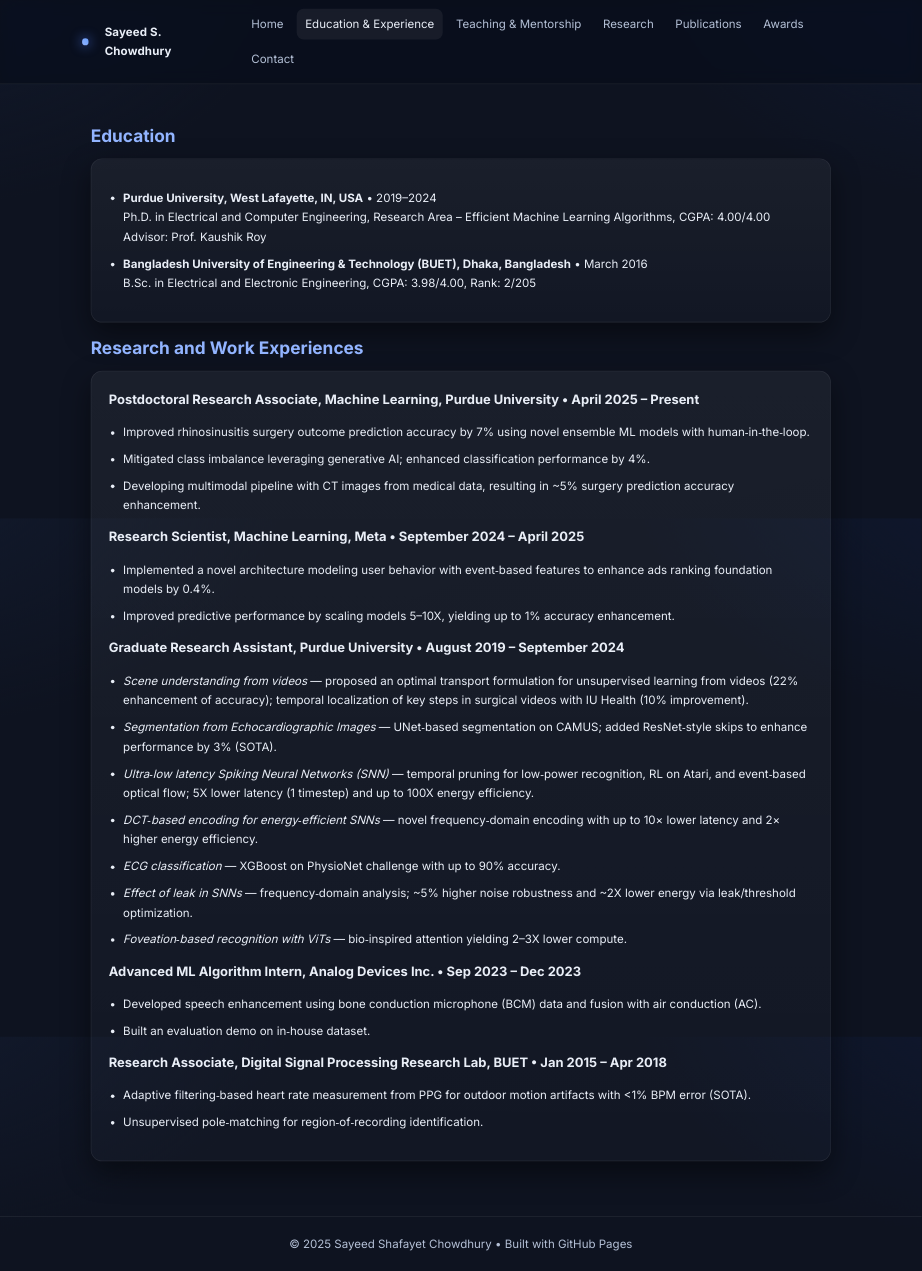
Repository: SayeedChowdhury/SayeedChowdhury.github.io
Page: edu-exp.html
The author's editor kept a copy of each file at every save. The page is drawn from the files as they stood at one save, then again after the next save.
The browser window is 1280 px wide. The pictures show the whole page, at 72% of full size.

Above is the page before, as saved 2025-08-10 19:21:27.

### edu-exp.html
<!doctype html>
<html lang="en">
<head>
  <meta charset="utf-8">
  <meta name="viewport" content="width=device-width, initial-scale=1">
  <title>Education & Experience • Sayeed S. Chowdhury</title>
  <link rel="preconnect" href="https://fonts.googleapis.com">
  <link rel="preconnect" href="https://fonts.gstatic.com" crossorigin>
  <link href="https://fonts.googleapis.com/css2?family=Inter:wght@400;600;700&display=swap" rel="stylesheet">
  <link rel="stylesheet" href="assets/style.css">
</head>
<body>
<div class="nav">
  <div class="inner container">
    <div class="brand"><span class="dot"></span> <a href="index.html" style="text-decoration:none;color:inherit;">Sayeed S. Chowdhury</a></div>
    <div style="margin-left:auto; display:flex; gap:6px; flex-wrap:wrap">
      <a href="index.html" class="">Home</a>
      <a href="edu-exp.html" class="active">Education & Experience</a>
      <a href="teaching.html" class="">Teaching & Mentorship</a>
      <a href="research.html" class="">Research</a>
      <a href="publications.html" class="">Publications</a>
      <a href="awards.html" class="">Awards</a>
      <a href="contact.html" class="">Contact</a>
    </div>
  </div>
</div>
<div class="container">

<section class="section">
  <!-- <div class="kicker">Education</div> -->
  <h2>Education</h2>
  <div class="card">
    <ul class="list">
      <li><strong>Purdue University, West Lafayette, IN, USA</strong> • 2019–2024<br>
          Ph.D. in Electrical and Computer Engineering, Research Area – Efficient Machine Learning Algorithms, CGPA: 4.00/4.00<br>
          Advisor: Prof. Kaushik Roy
      </li>
      <li><strong>Bangladesh University of Engineering & Technology (BUET), Dhaka, Bangladesh</strong> • March 2016<br>
          B.Sc. in Electrical and Electronic Engineering, CGPA: 3.98/4.00, Rank: 2/205
      </li>
    </ul>
  </div>

  <!-- <div class="kicker">Research and Work Experiences</div> -->
  <h2>Research and Work Experiences</h2>
  <div class="card">
    <h3>Postdoctoral Research Associate, Machine Learning, Purdue University • April 2025 – Present</h3>
    <ul class="list">
      <li>Improved rhinosinusitis surgery outcome prediction accuracy by 7% using novel ensemble ML models with human‑in‑the‑loop.</li>
      <li>Mitigated class imbalance leveraging generative AI; enhanced classification performance by 4%.</li>
      <li>Developing multimodal pipeline with CT images from medical data, resulting in ~5% surgery prediction accuracy enhancement.</li>
    </ul>

    <h3>Research Scientist, Machine Learning, Meta • September 2024 – April 2025</h3>
    <ul class="list">
      <li>Implemented a novel architecture modeling user behavior with event‑based features to enhance ads ranking foundation models by 0.4%.</li>
      <li>Improved predictive performance by scaling models 5–10X, yielding up to 1% accuracy enhancement.</li>
    </ul>

    <h3>Graduate Research Assistant, Purdue University • August 2019 – September 2024</h3>
    <ul class="list">
      <li><em>Scene understanding from videos</em> — proposed an optimal transport formulation for unsupervised learning from videos (22% enhancement of accuracy); temporal localization of key steps in surgical videos with IU Health (10% improvement).</li>
      <li><em>Segmentation from Echocardiographic Images</em> — UNet‑based segmentation on CAMUS; added ResNet‑style skips to enhance performance by 3% (SOTA).</li>
      <li><em>Ultra‑low latency Spiking Neural Networks (SNN)</em> — temporal pruning for low‑power recognition, RL on Atari, and event‑based optical flow; 5X lower latency (1 timestep) and up to 100X energy efficiency.</li>
      <li><em>DCT‑based encoding for energy‑efficient SNNs</em> — novel frequency‑domain encoding with up to 10× lower latency and 2× higher energy efficiency.</li>
      <li><em>ECG classification</em> — XGBoost on PhysioNet challenge with up to 90% accuracy.</li>
      <li><em>Effect of leak in SNNs</em> — frequency‑domain analysis; ~5% higher noise robustness and ~2X lower energy via leak/threshold optimization.</li>
      <li><em>Foveation‑based recognition with ViTs</em> — bio‑inspired attention yielding 2–3X lower compute.</li>
    </ul>

    <h3>Advanced ML Algorithm Intern, Analog Devices Inc. • Sep 2023 – Dec 2023</h3>
    <ul class="list">
      <li>Developed speech enhancement using bone conduction microphone (BCM) data and fusion with air conduction (AC).</li>
      <li>Built an evaluation demo on in‑house dataset.</li>
    </ul>

    <h3>Research Associate, Digital Signal Processing Research Lab, BUET • Jan 2015 – Apr 2018</h3>
    <ul class="list">
      <li>Adaptive filtering‑based heart rate measurement from PPG for outdoor motion artifacts with &lt;1% BPM error (SOTA).</li>
      <li>Unsupervised pole‑matching for region‑of‑recording identification.</li>
    </ul>
  </div>

  <!-- <div class="kicker">Teaching Experience</div>
  <div class="card">
    <h3>Visiting Assistant Professor, Purdue University • August 2025 – Present</h3>
    <ul class="list">
      <li>Designed and taught upper‑undergrad AI for IoT (instructor of record); guest lectures in Artificial Intelligence.</li>
      <li>Supervising capstone on transfer learning for biomedical AI.</li>
    </ul>

    <h3>Lecturer, Ahsanullah University of Science and Technology (AUST), Dhaka • 2018</h3>
    <ul class="list">
      <li>Taught C++ and MATLAB programming; instructor of record for VLSI (theory & lab), contributed curriculum & lab manual.</li>
    </ul>

    <h3>Lecturer, Bangladesh University of Engineering & Technology (BUET), Dhaka • 2016–2017</h3>
    <ul class="list">
      <li>Courses: Signals & Systems (EEE 301), Electrical DC/AC Circuits (EEE 101/105), Measurement & Instrumentation (EEE 407), DSP (EEE 307); taught 12 lab sections including programming.</li>
    </ul>

    <h3>Lecturer, BRAC University, Dhaka • 2016</h3>
    <ul class="list">
      <li>Digital Signal Processing (theory and laboratory); led power system protection lab for multiple sections.</li>
    </ul>
  </div> -->
</section>

</div>
<div class="footer">© 2025 Sayeed Shafayet Chowdhury • Built with GitHub Pages</div>
</body>
</html>

### assets/style.css

:root{
  --bg:#0e1320;
  --bg-grad1:#121a2d;
  --panel:#151b2e;
  --panel-2:#101626;
  --ink:#e9eef7;
  --muted:#b4c0d6;
  --navy:#92b4ff;
  --gold:#f3c77a;
  --border:rgba(255,255,255,.08);
  --shadow:0 16px 40px rgba(0,0,0,.45);
  --radius:16px;
}

*{box-sizing:border-box}
html,body{height:100%}
body{
  margin:0;
  color:var(--ink);
  background:
    radial-gradient(900px 600px at -10% -10%, var(--bg-grad1) 0%, transparent 60%),
    radial-gradient(900px 600px at 110% -10%, #0f1830 0%, transparent 60%),
    var(--bg);
  font:16px/1.7 "Inter", system-ui, -apple-system, Segoe UI, Roboto, Helvetica, Arial;
  -webkit-font-smoothing:antialiased;
}

.container{max-width:1100px;margin:0 auto;padding:24px}

.nav{
  position:sticky; top:0; z-index:10;
  background:rgba(9,13,24,.7);
  backdrop-filter:saturate(170%) blur(10px);
  border-bottom:1px solid var(--border);
}
.nav .inner{display:flex; align-items:center; gap:16px; padding:12px 24px;}
.nav .brand{display:flex; align-items:center; gap:10px; font-weight:700; letter-spacing:.2px; color:var(--ink)}
.nav .brand .dot{width:10px;height:10px;border-radius:50%;background:linear-gradient(45deg,var(--navy),#6aa0ff); box-shadow:0 0 16px #4e79ff}
.nav a{color:var(--muted); text-decoration:none; padding:8px 12px; border-radius:10px}
.nav a.active, .nav a:hover{color:var(--ink); background:rgba(255,255,255,.06)}

.hero{
  display:grid; grid-template-columns:1.1fr .9fr; gap:28px; align-items:stretch;
  padding:48px 24px 12px;
}
.card{
  background:linear-gradient(180deg, rgba(255,255,255,.05), rgba(255,255,255,.02));
  border:1px solid var(--border);
  border-radius:var(--radius);
  box-shadow:var(--shadow);
  padding:24px;
}
h1{font-size:32px; margin:0 0 4px}
h2{font-size:24px;margin:16px 0 10px;color:var(--navy)}
h3{font-size:18px;margin:0 0 6px}
.lead{color:var(--muted); font-size:16px}
.badges{display:flex; flex-wrap:wrap; gap:10px; margin-top:14px}
.badge{background:rgba(146,180,255,.14); border:1px solid rgba(146,180,255,.4); color:#d9e4ff; padding:6px 10px; border-radius:999px; font-size:13px}

.row{display:flex; gap:18px; flex-wrap:wrap; align-items:center}
.cta{display:flex; gap:12px; flex-wrap:wrap; margin-top:12px}
.button{display:inline-flex;align-items:center;gap:10px;padding:12px 16px;border-radius:12px;border:1px solid var(--border);background:rgba(146,180,255,.16);color:var(--ink);text-decoration:none;font-weight:600}
.button.secondary{background:rgba(255,255,255,.04)}

.headshot{width:160px;height:160px;border-radius:50%;object-fit:cover;border:3px solid rgba(255,255,255,.08);box-shadow:var(--shadow)}

.section{padding:12px}
.kicker{color:var(--gold);font-weight:700;letter-spacing:.4px;text-transform:uppercase;font-size:12px}

.list{padding-left:20px}
.list li{margin:10px 0}

.footer{border-top:1px solid var(--border); color:var(--muted); padding:24px; text-align:center; margin-top:40px}

@media (max-width: 900px){
  .hero{grid-template-columns:1fr}
}

@media print{
  .nav,.footer,.cta{display:none}
  body{background:white;color:#111}
  .card{box-shadow:none}
}

After the next save:
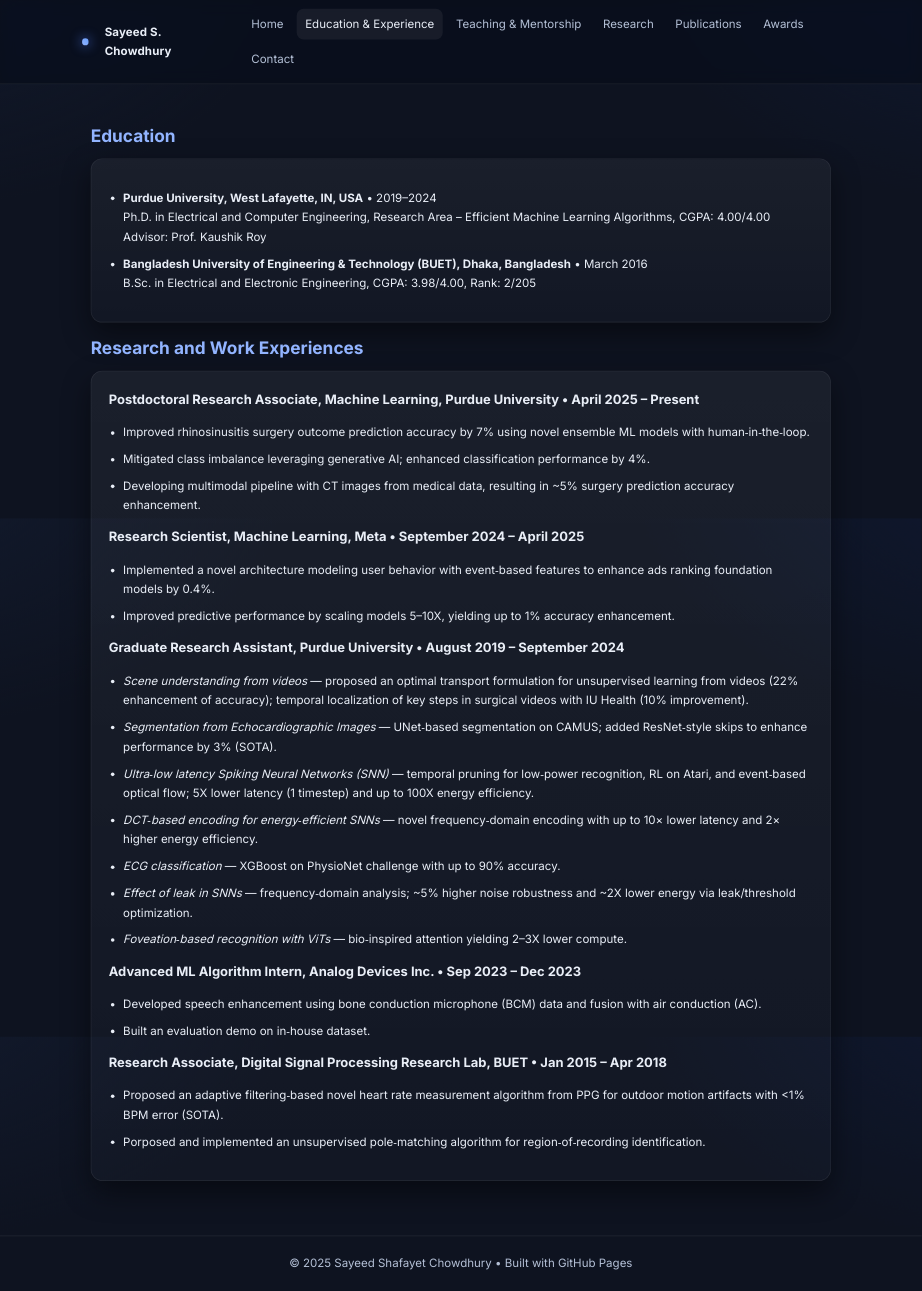
Saved 93 s later.
--- a/edu-exp.html
+++ b/edu-exp.html
@@ -76,8 +76,8 @@
 
     <h3>Research Associate, Digital Signal Processing Research Lab, BUET • Jan 2015 – Apr 2018</h3>
     <ul class="list">
-      <li>Adaptive filtering‑based heart rate measurement from PPG for outdoor motion artifacts with &lt;1% BPM error (SOTA).</li>
-      <li>Unsupervised pole‑matching for region‑of‑recording identification.</li>
+      <li>Proposed an adaptive filtering‑based novel heart rate measurement algorithm from PPG for outdoor motion artifacts with &lt;1% BPM error (SOTA).</li>
+      <li>Porposed and implemented an unsupervised pole‑matching algorithm for region‑of‑recording identification.</li>
     </ul>
   </div>
 
